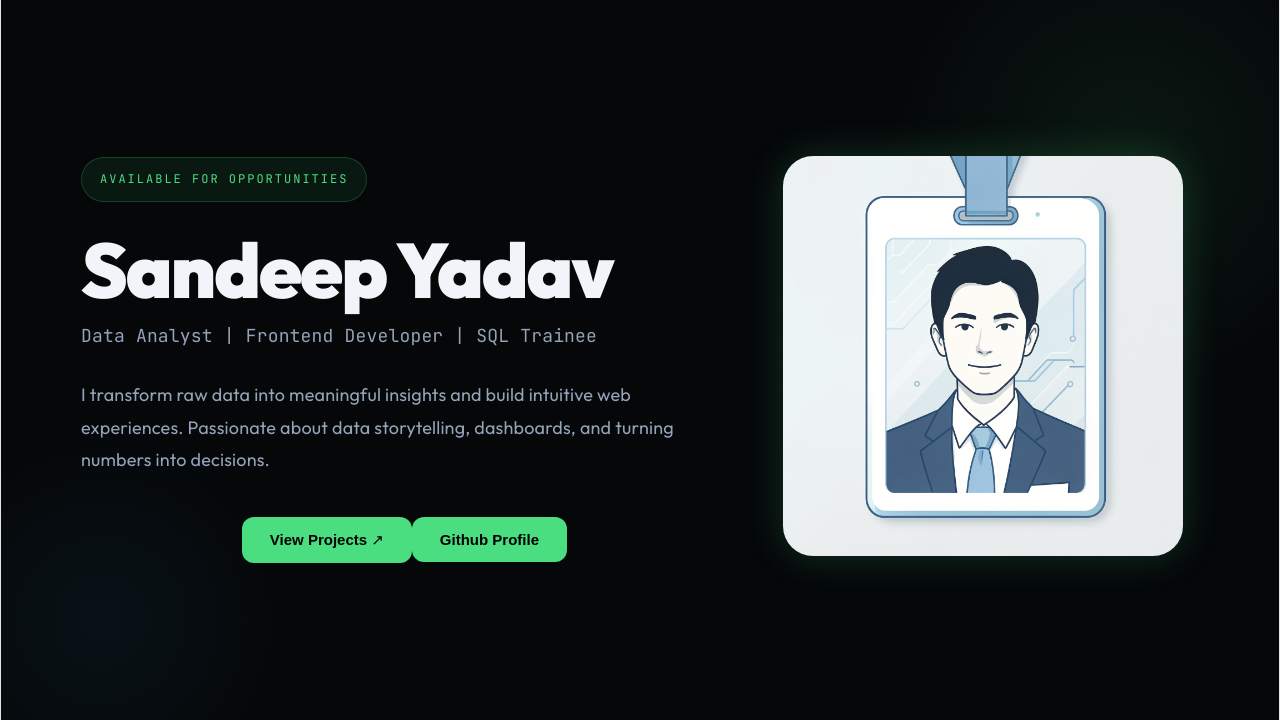
Repository: SandeepYadav18717/sandeepyadav
Page: / (app in Datanaltics_ portfolio/)
These files come from the project's save history. The page is drawn as it stood at one moment and after the next save; the edit follows.
The browser window is 1280 px wide. The pictures show the whole page.
The project was rebuilt for these pictures with package versions that can differ from the ones it lists, and the page was loaded fresh each time. Also part of the build but not shown: Datanaltics_ portfolio/vite.config.js, Datanaltics_ portfolio/src/App.css.

Above is the page before, as saved 2026-05-23 04:49:01.

### Datanaltics_ portfolio/index.html
<!doctype html>
<html lang="en">
  <head>
    <meta charset="UTF-8" />
    <link rel="icon" type="image/svg+xml" href="/favicon.svg" />
    <meta name="viewport" content="width=device-width, initial-scale=1.0" />
    <title>javascript</title>
  </head>
  <body>
    <div id="root"></div>
    <script type="module" src="/src/main.jsx"></script>
  </body>
</html>

### Datanaltics_ portfolio/src/index.css
:root {
  --text: #6b6375;
  --text-h: #08060d;
  --bg: #fff;
  --border: #e5e4e7;
  --code-bg: #f4f3ec;
  --accent: #aa3bff;
  --accent-bg: rgba(170, 59, 255, 0.1);
  --accent-border: rgba(170, 59, 255, 0.5);
  --social-bg: rgba(244, 243, 236, 0.5);
  --shadow:
    rgba(0, 0, 0, 0.1) 0 10px 15px -3px, rgba(0, 0, 0, 0.05) 0 4px 6px -2px;

  --sans: system-ui, 'Segoe UI', Roboto, sans-serif;
  --heading: system-ui, 'Segoe UI', Roboto, sans-serif;
  --mono: ui-monospace, Consolas, monospace;

  font: 18px/145% var(--sans);
  letter-spacing: 0.18px;
  color-scheme: light dark;
  color: var(--text);
  background: var(--bg);
  font-synthesis: none;
  text-rendering: optimizeLegibility;
  -webkit-font-smoothing: antialiased;
  -moz-osx-font-smoothing: grayscale;

  @media (max-width: 1024px) {
    font-size: 16px;
  }
}

@media (prefers-color-scheme: dark) {
  :root {
    --text: #9ca3af;
    --text-h: #f3f4f6;
    --bg: #16171d;
    --border: #2e303a;
    --code-bg: #1f2028;
    --accent: #c084fc;
    --accent-bg: rgba(192, 132, 252, 0.15);
    --accent-border: rgba(192, 132, 252, 0.5);
    --social-bg: rgba(47, 48, 58, 0.5);
    --shadow:
      rgba(0, 0, 0, 0.4) 0 10px 15px -3px, rgba(0, 0, 0, 0.25) 0 4px 6px -2px;
  }

  #social .button-icon {
    filter: invert(1) brightness(2);
  }
}

body {
  margin: 0;
}

#root {
  width: 1126px;
  max-width: 100%;
  margin: 0 auto;
  text-align: center;
  border-inline: 1px solid var(--border);
  min-height: 100svh;
  display: flex;
  flex-direction: column;
  box-sizing: border-box;
}

h1,
h2 {
  font-family: var(--heading);
  font-weight: 500;
  color: var(--text-h);
}

h1 {
  font-size: 56px;
  letter-spacing: -1.68px;
  margin: 32px 0;
  @media (max-width: 1024px) {
    font-size: 36px;
    margin: 20px 0;
  }
}
h2 {
  font-size: 24px;
  line-height: 118%;
  letter-spacing: -0.24px;
  margin: 0 0 8px;
  @media (max-width: 1024px) {
    font-size: 20px;
  }
}
p {
  margin: 0;
}

code,
.counter {
  font-family: var(--mono);
  display: inline-flex;
  border-radius: 4px;
  color: var(--text-h);
}

code {
  font-size: 15px;
  line-height: 135%;
  padding: 4px 8px;
  background: var(--code-bg);
}

### Datanaltics_ portfolio/src/App.jsx
import { useState } from 'react'

// import heroImg from './assets/hero.png'
import './App.css'
import Button from './Components/button'
import Main_Page from './pages/Main.jsx'
function App() {
  const [count, setCount] = useState(0)

  return (
    <>
    <Main_Page />
     </>
  )}
export default App

### Datanaltics_ portfolio/src/Components/button.jsx
function Button({ text, onClick }) {
  return (
    <button onClick={onClick} className="btn">
      {text}
    </button>
  );
}
export default Button;

### Datanaltics_ portfolio/src/pages/Main.jsx
import Button from "../Components/button";
import "../Css/Main.css";
import photo from "../assets/image.png";

function Main_Page() {

  return (

    <div className="main-page">

      {/* LEFT SECTION */}
      <div className="left-section">

        <div id="Heading_1">
          Available for opportunities
        </div>

        <div id="Name">
          Sandeep Yadav
        </div>

        <div id="Heading_2">
          Data Analyst | Frontend Developer | SQL Trainee
        </div>

        <p id="Description">
          I transform raw data into meaningful insights and build intuitive web
          experiences. Passionate about data storytelling, dashboards, and
          turning numbers into decisions.
        </p>

        <Button
          text="View Projects ↗"
          onClick={() =>
            window.open("https://github.com/SandeepYadav18717")
          }
        />
         <Button
            text="Github Profile"
            onClick={() =>
              window.open("https://github.com/SandeepYadav18717")
            }
          />

      </div>


      <div className="photo">

        <img
          src={photo}
          alt="Profile"
          id="Photo"
        />

      </div>

    </div>

  );
}

export default Main_Page;

### Datanaltics_ portfolio/src/Css/Main.css
/* GOOGLE FONT */
@import url('https://fonts.googleapis.com/css2?family=Outfit:wght@300;400;500;700;900&family=JetBrains+Mono:wght@400;700&display=swap');

* {
    margin: 0;
    padding: 0;
    box-sizing: border-box;
}

html,
body,
#root {
    width: 100%;
    min-height: 100vh;
    overflow-x: hidden;
    background: #050709;
    color: #f1f5f9;
    font-family: 'Outfit', sans-serif;
}

.main-page {
    min-height: 100vh;
    width: 100%;
    display: grid;
    grid-template-columns: 1.2fr 0.8fr;
    align-items: center;
    gap: 40px;
    padding: 80px;
    position: relative;
    overflow: hidden;
    background: #050709;
}

.main-page::before {
    content: "";
    position: absolute;
    width: 500px;
    height: 500px;
    top: -100px;
    right: -100px;
    border-radius: 50%;
    background: radial-gradient(circle, rgba(74, 222, 128, 0.08), transparent 70%);
    z-index: 0;
    pointer-events: none;
}

.main-page::after {
    content: "";
    position: absolute;
    width: 400px;
    height: 400px;
    bottom: -100px;
    left: -100px;
    border-radius: 50%;
    background: radial-gradient(circle, rgba(56, 189, 248, 0.06), transparent 70%);
    z-index: 0;
    pointer-events: none;
}

.main-page * {
    position: relative;
    z-index: 1;
}

.content-left {
    display: flex;
    flex-direction: column;
    justify-content: center;
    align-items: flex-start;
    text-align: left;
}

#Heading_1 {
    width: fit-content;
    background: rgba(74, 222, 128, 0.08);
    border: 1px solid rgba(74, 222, 128, 0.2);
    color: #4ade80;
    padding: 8px 18px;
    border-radius: 50px;
    font-size: 12px;
    font-family: 'JetBrains Mono', monospace;
    letter-spacing: 2px;
    text-transform: uppercase;
    margin-bottom: 30px;
}

#Name {
    font-size: clamp(45px, 6vw, 90px);
    font-weight: 900;
    line-height: 1;
    letter-spacing: -2px;
    margin-bottom: 15px;
    word-break: break-word;
    text-align: left;
}

#Heading_2 {
    color: #94a3b8;
    font-size: 18px;
    font-family: 'JetBrains Mono', monospace;
    margin-bottom: 30px;
    text-align: left;
}

#Description {
    max-width: 650px;
    color: #94a3b8;
    font-size: 18px;
    line-height: 1.8;
    margin-bottom: 40px;
    text-align: left;
}

.photo-container {
    display: flex;
    justify-content: center;
    align-items: center;
    width: 100%;
}

#Photo {
    width: 100%;
    max-width: 400px;
    height: auto;
    margin-left: 0%;
    aspect-ratio: 1/1;
    border-radius: 30px;
    object-fit: cover;
    box-shadow: 0 0 40px rgba(74, 222, 128, 0.2);
}

button {
    width: fit-content;
    background: #4ade80;
    color: black;
    border: none;
    border-radius: 12px;
    padding: 14px 28px;
    font-size: 15px;
    font-weight: 700;
    cursor: pointer;
    transition: 0.3s;
}

button:hover {
    background: #86efac;
    transform: translateY(-3px);
    box-shadow: 0 10px 30px rgba(74, 222, 128, 0.3);
}

@media(max-width:1024px) {
    .main-page {
        grid-template-columns: 1fr;
        gap: 40px;
        padding: 60px 40px;
    }

    .photo-container {
        justify-content: flex-start;
    }

    #Photo {
        max-width: 320px;
    }
}

@media(max-width:768px) {
    .main-page {
        padding: 40px 20px;
    }

    #Name {
        font-size: 42px;
        letter-spacing: -1px;
    }

    #Heading_2 {
        font-size: 15px;
    }

    #Description {
        font-size: 16px;
    }

    button {
        width: 100%;
    }

    #Photo {
        max-width: 280px;
    }
}

/* RESET */

Loaded but not shown: Datanaltics_ portfolio/src/main.jsx (common file)

After the next save:
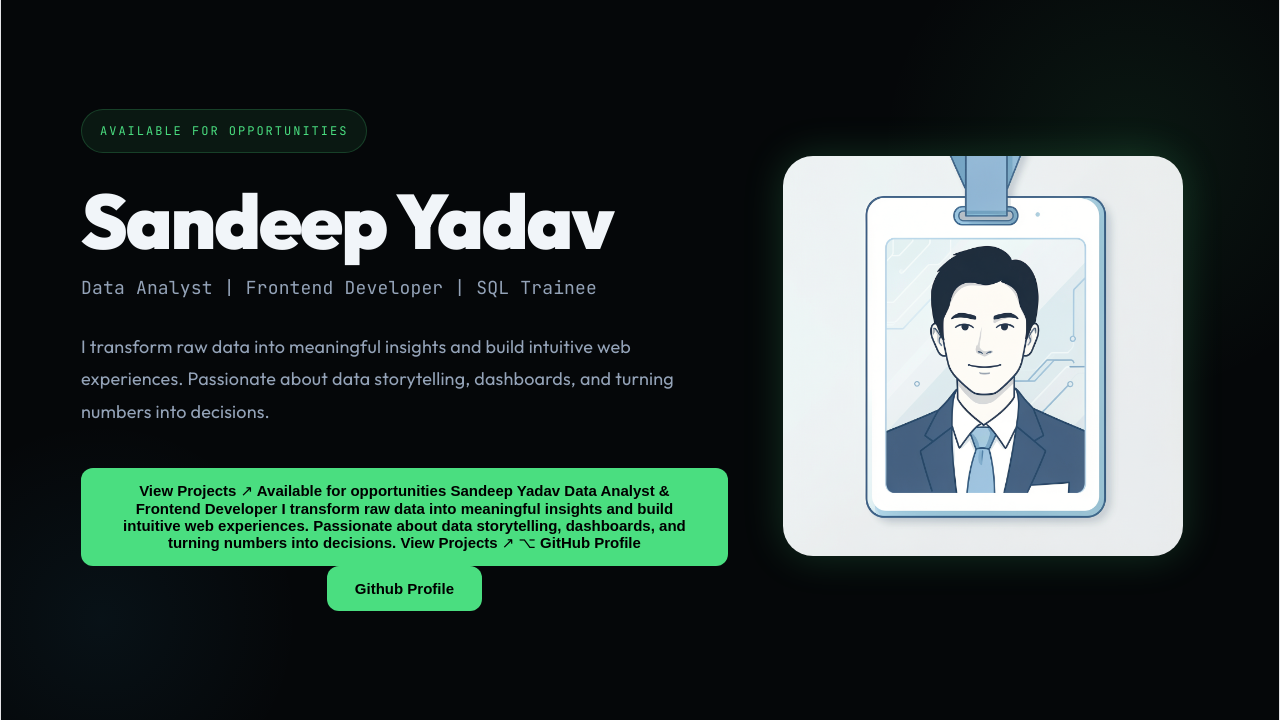
Saved 12 s later.
--- a/Datanaltics_ portfolio/src/pages/Main.jsx
+++ b/Datanaltics_ portfolio/src/pages/Main.jsx
@@ -30,7 +30,16 @@
         </p>
 
         <Button
-          text="View Projects ↗"
+          text="View Projects ↗
+Available for opportunities
+Sandeep
+Yadav
+Data Analyst & Frontend Developer
+
+I transform raw data into meaningful insights and build intuitive web experiences. Passionate about data storytelling, dashboards, and turning numbers into decisions.
+
+View Projects ↗
+⌥ GitHub Profile"
           onClick={() =>
             window.open("https://github.com/SandeepYadav18717")
           }

After the save that followed:
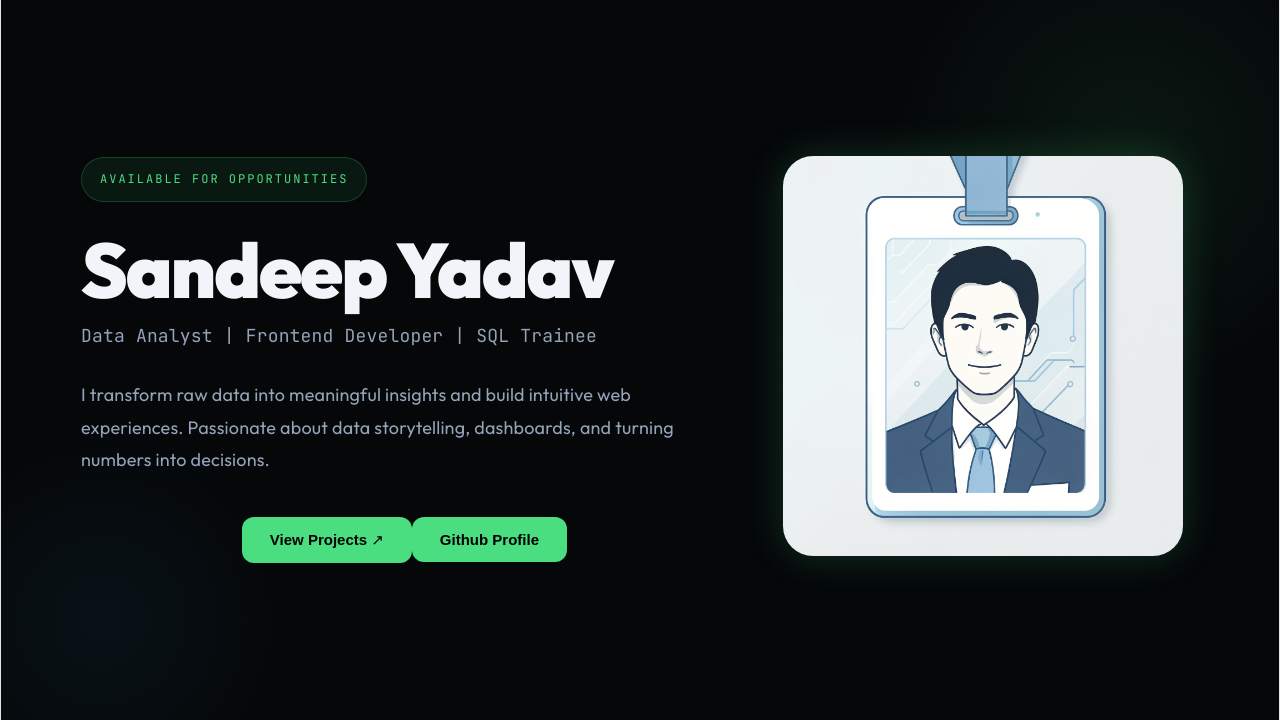
Saved 5 s later.
--- a/Datanaltics_ portfolio/src/pages/Main.jsx
+++ b/Datanaltics_ portfolio/src/pages/Main.jsx
@@ -30,16 +30,7 @@
         </p>
 
         <Button
-          text="View Projects ↗
-Available for opportunities
-Sandeep
-Yadav
-Data Analyst & Frontend Developer
-
-I transform raw data into meaningful insights and build intuitive web experiences. Passionate about data storytelling, dashboards, and turning numbers into decisions.
-
-View Projects ↗
-⌥ GitHub Profile"
+          text="View Projects ↗"
           onClick={() =>
             window.open("https://github.com/SandeepYadav18717")
           }
